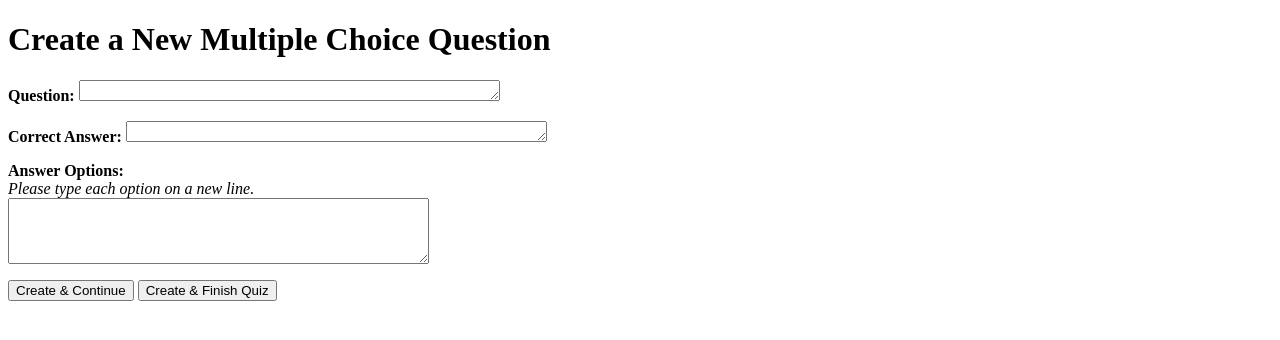
Repository: sarahhtn/CS108_final_project
Page: QuizWebsite/WebContent/CreateMC.html
The author's editor kept a copy of each file at every save. The page is drawn from the files as they stood at one save, then again after the next save.
The browser window is 1280 px wide. The pictures show the whole page.

Above is the page before, as saved 2013-11-16 22:40:37.

### QuizWebsite/WebContent/CreateMC.html
<!DOCTYPE html PUBLIC "-//W3C//DTD HTML 4.01 Transitional//EN" "http://www.w3.org/TR/html4/loose.dtd">
<html>
<head>
<meta http-equiv="Content-Type" content="text/html; charset=UTF-8">
<title>New Multiple Choice Question</title>
</head>
<body>
<h1>Create a New Multiple Choice Question</h1>


<form action="MCServlet" method="post">
<p><b>Question: </b><textarea rows = "1" cols = "50" name="question"></textarea> </p>
<p><b>Correct Answer: </b><textarea rows = "1" cols = "50" name="answer"></textarea> </p>
<p><b>Answer Options: </b><br>
<i>Please type each option on a new line.</i> <br>
<textarea rows = "4" cols = "50" name="choices"></textarea> </p>
<input name = "type" type = "hidden" value = "MC"/>
<input type="submit" value="Create & Continue"/>
<input type="submit" value="Create & Finish Quiz"/>
</form>


</body>
</html>

After the next save:
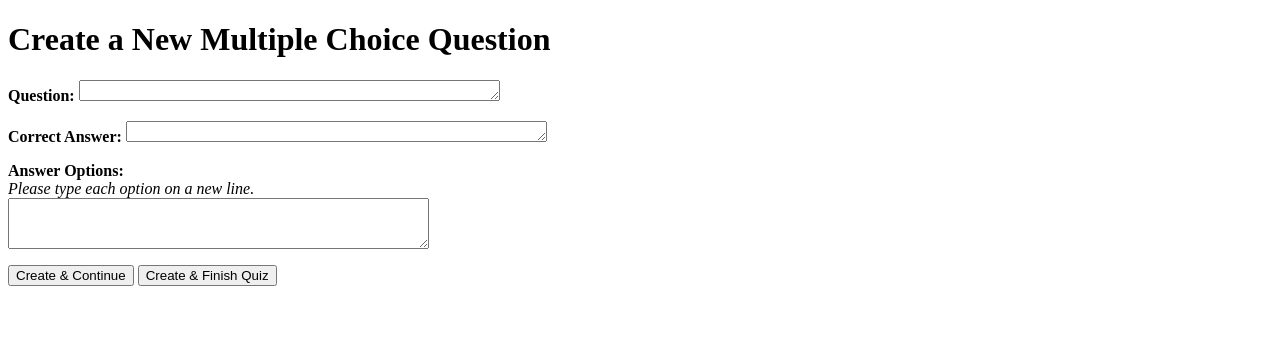
Saved 9 s later.
--- a/QuizWebsite/WebContent/CreateMC.html
+++ b/QuizWebsite/WebContent/CreateMC.html
@@ -13,7 +13,7 @@
 <p><b>Correct Answer: </b><textarea rows = "1" cols = "50" name="answer"></textarea> </p>
 <p><b>Answer Options: </b><br>
 <i>Please type each option on a new line.</i> <br>
-<textarea rows = "4" cols = "50" name="choices"></textarea> </p>
+<textarea rows = "3" cols = "50" name="choices"></textarea> </p>
 <input name = "type" type = "hidden" value = "MC"/>
 <input type="submit" value="Create & Continue"/>
 <input type="submit" value="Create & Finish Quiz"/>
